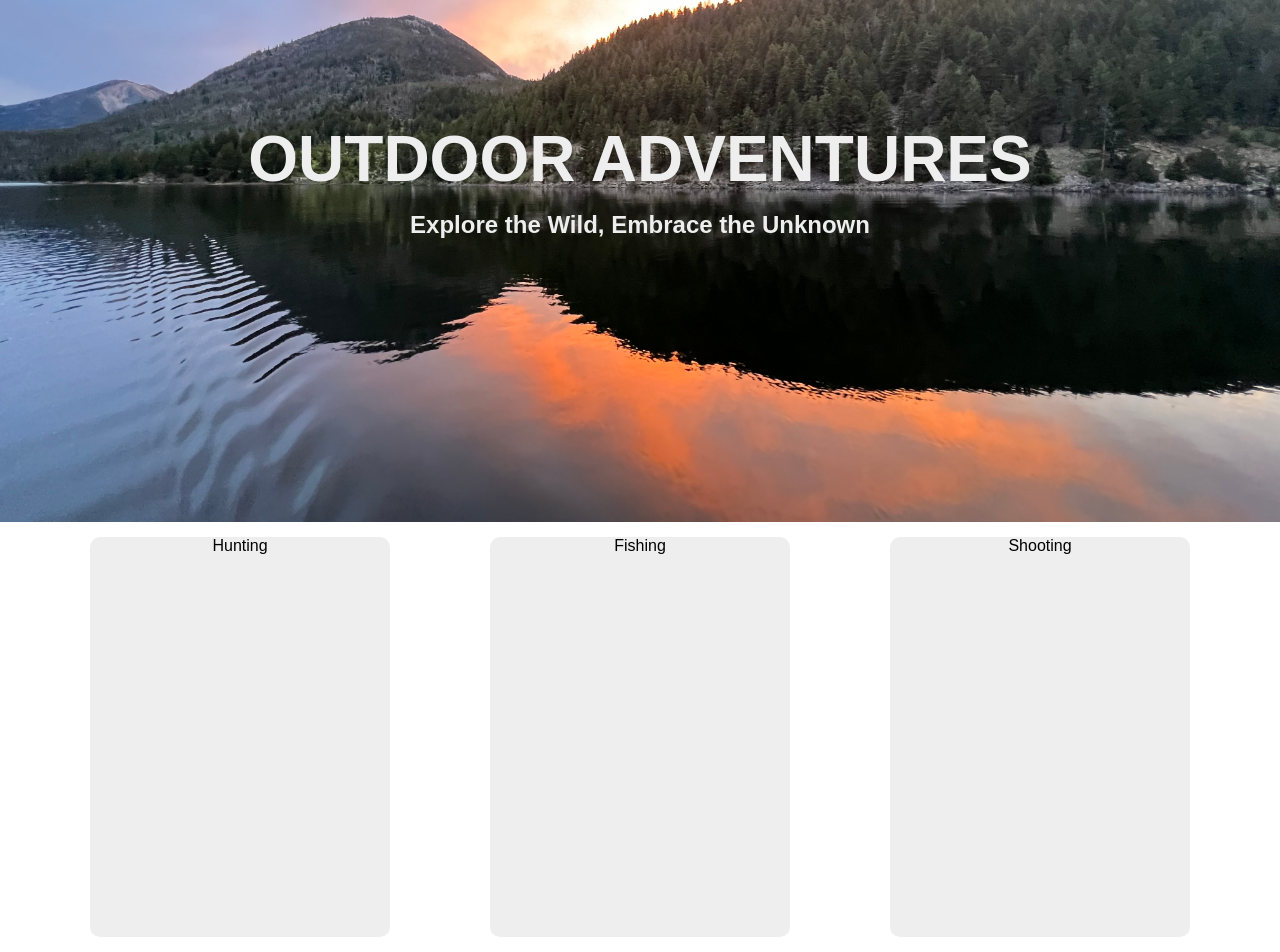
Repository: iforgotmylogin/WebDesignFinal
Page: index.html
An editor plug-in stored every save of this project. The page is shown before and after the next save, followed by the edit.
The browser window is 1280 px wide. The pictures show the part of the page from y = 290 to 1242 px (the page is 1242 px tall).
A picture or video elsewhere on the page could not be fetched, so the positions and the page height are approximate.

Above is the page before, as saved 2024-04-07 17:55:57.

After the next save:
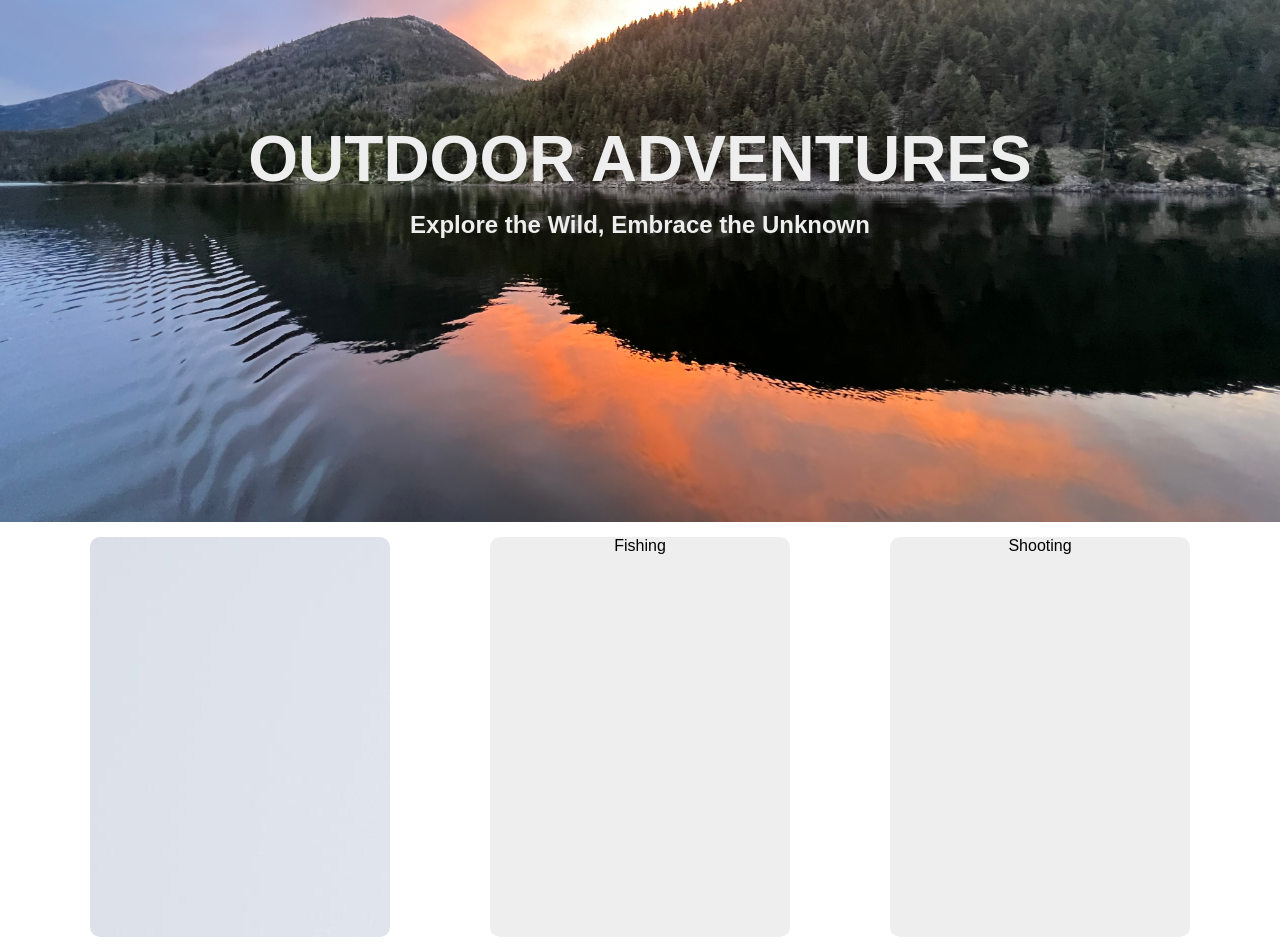
Saved 10 min 12 s later.
--- a/index.html
+++ b/index.html
@@ -49,11 +49,14 @@
     </main>
 
     <div class="container">
-        <div data-aos= "fade-up" class="box Hunting">Hunting</div>
+        <div data-aos="fade-up" class="box Hunting">
+            <img src="images/HuntingBackdrop.jpg" alt="Image of an Elk">
+            Hunting
+        </div>
 
-        <div data-aos= "fade-up" class="box Fishing">Fishing</div>
+        <div data-aos="fade-up" class="box Fishing">Fishing</div>
 
-        <div data-aos= "fade-up" class="box Shooting">Shooting</div>
+        <div data-aos="fade-up" class="box Shooting">Shooting</div>
     </div>
 
 

After the 3 saves that followed:
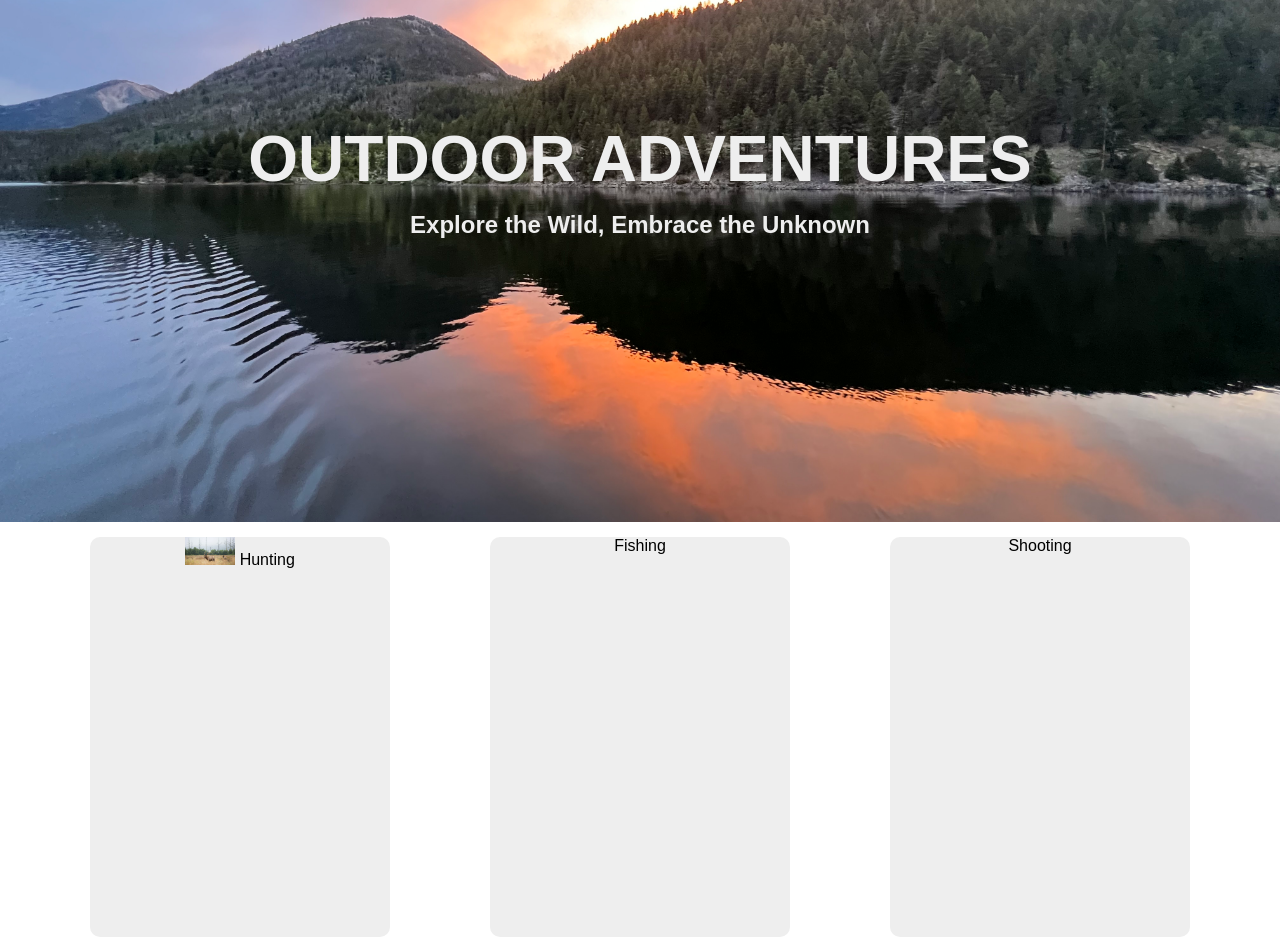
The 3 saves are shown as one change because 2 left the picture as it was.
The last was saved 60 s later.
--- a/css/homepage.css
+++ b/css/homepage.css
@@ -22,5 +22,7 @@
     margin-left: 50px;
     margin-right: 50px;
     border-radius: 10px;
-
 }
+.box img{
+    width: 50px;
+}
